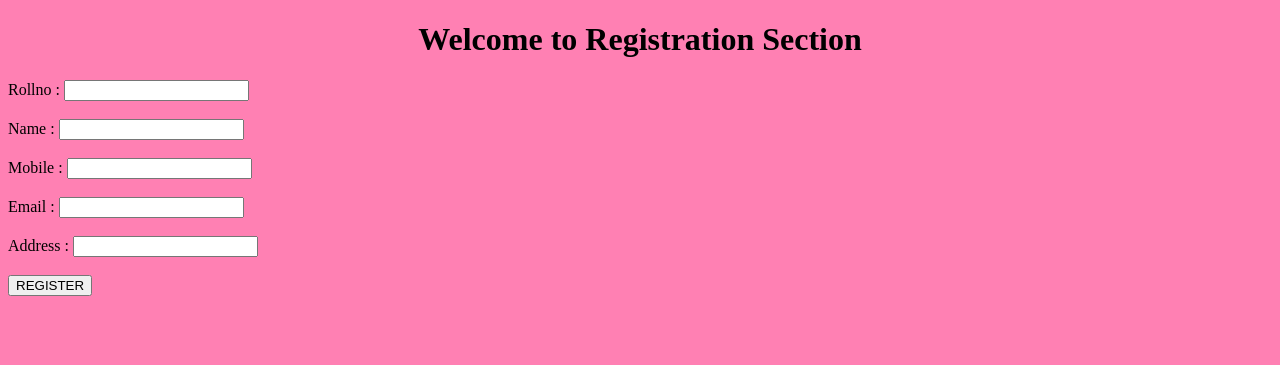
Repository: hitu-1995/reg14_spring_boot
Page: http://localhost/15-Spring-Boot-MVC-Project/register.jsp
The author's editor kept a copy of each file at every save. The page is drawn from the files as they stood at one save, then again after the next save.
The browser window is 1280 px wide. The pictures show the whole page.
The page is served by Tomcat 9.

Above is the page before, as saved 2024-02-16 11:07:08.

After the next save:
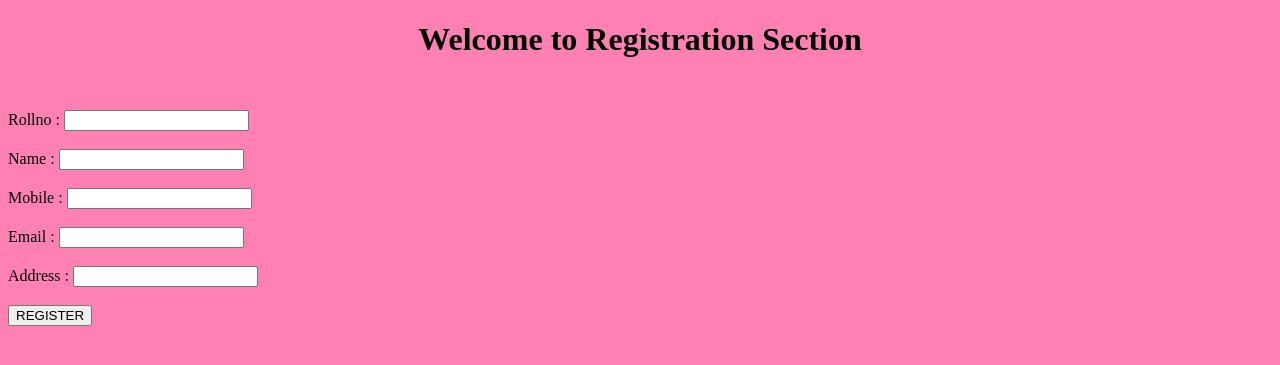
Saved 12 s later.
--- a/15-Spring-Boot-MVC-Project/src/main/webapp/register.jsp
+++ b/15-Spring-Boot-MVC-Project/src/main/webapp/register.jsp
@@ -7,7 +7,7 @@
 <title>Insert title here</title>
 </head>
 <body style="background-color: #ff80b3">
-    <div align="center">
+    <div align="center" style="padding-bottom: 30px">
       <h1>Welcome to Registration Section</h1>
     </div>
     <div align="left">
